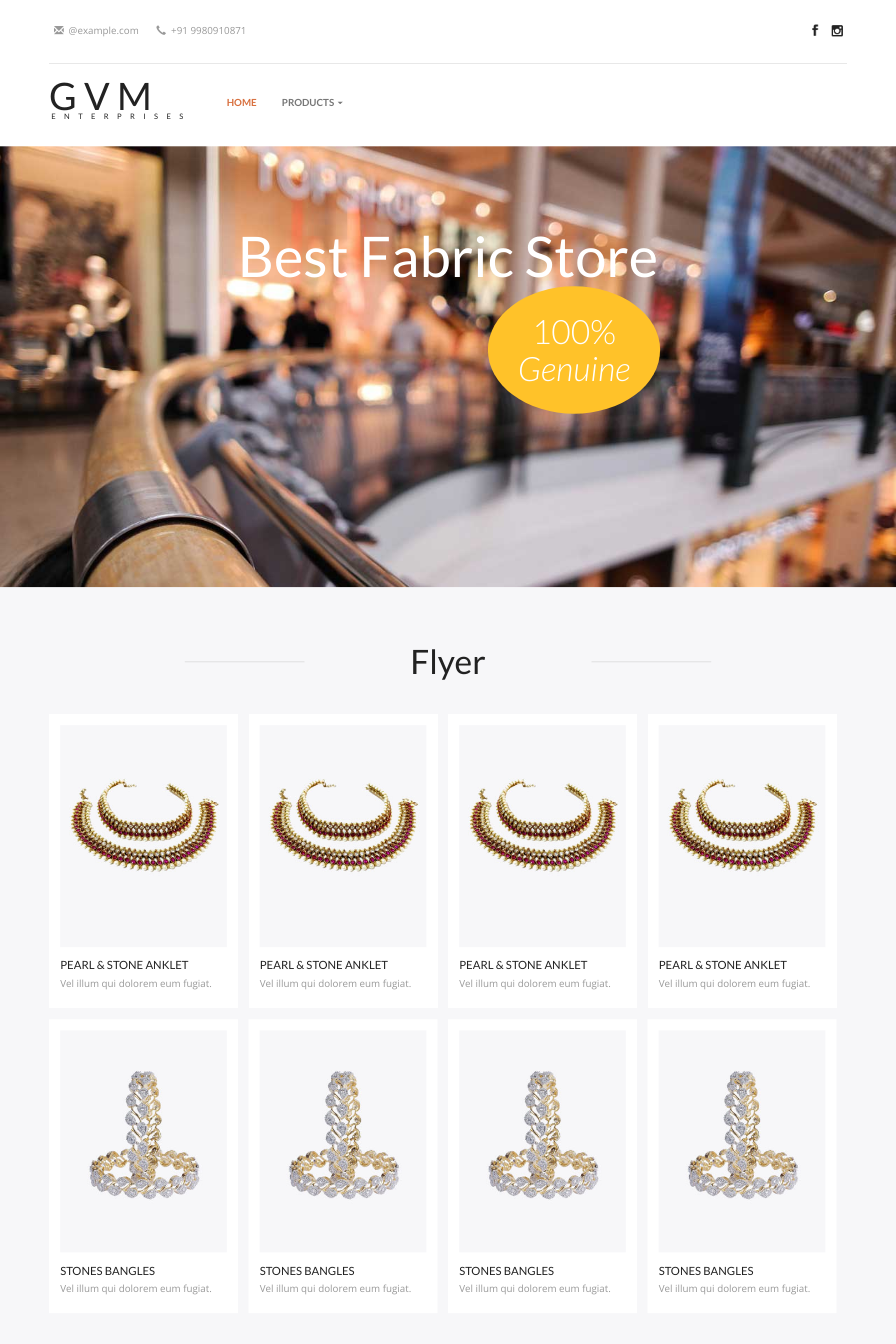
Repository: vinodmealla/flyerworkspace
Page: com.gvm.websample1/src/main/webapp/WEB-INF/index.html
The author's editor kept a copy of each file at every save. The page is drawn from the files as they stood at one save, then again after the next save.
The browser window is 1280 px wide. The pictures show the part of the page from y = 0 to 1920 px (the page is 2579 px tall), at 70% of full size.

Above is the page before, as saved 2017-10-03 09:57:26.
Console error: SyntaxError: Unexpected token '('

After the next save:
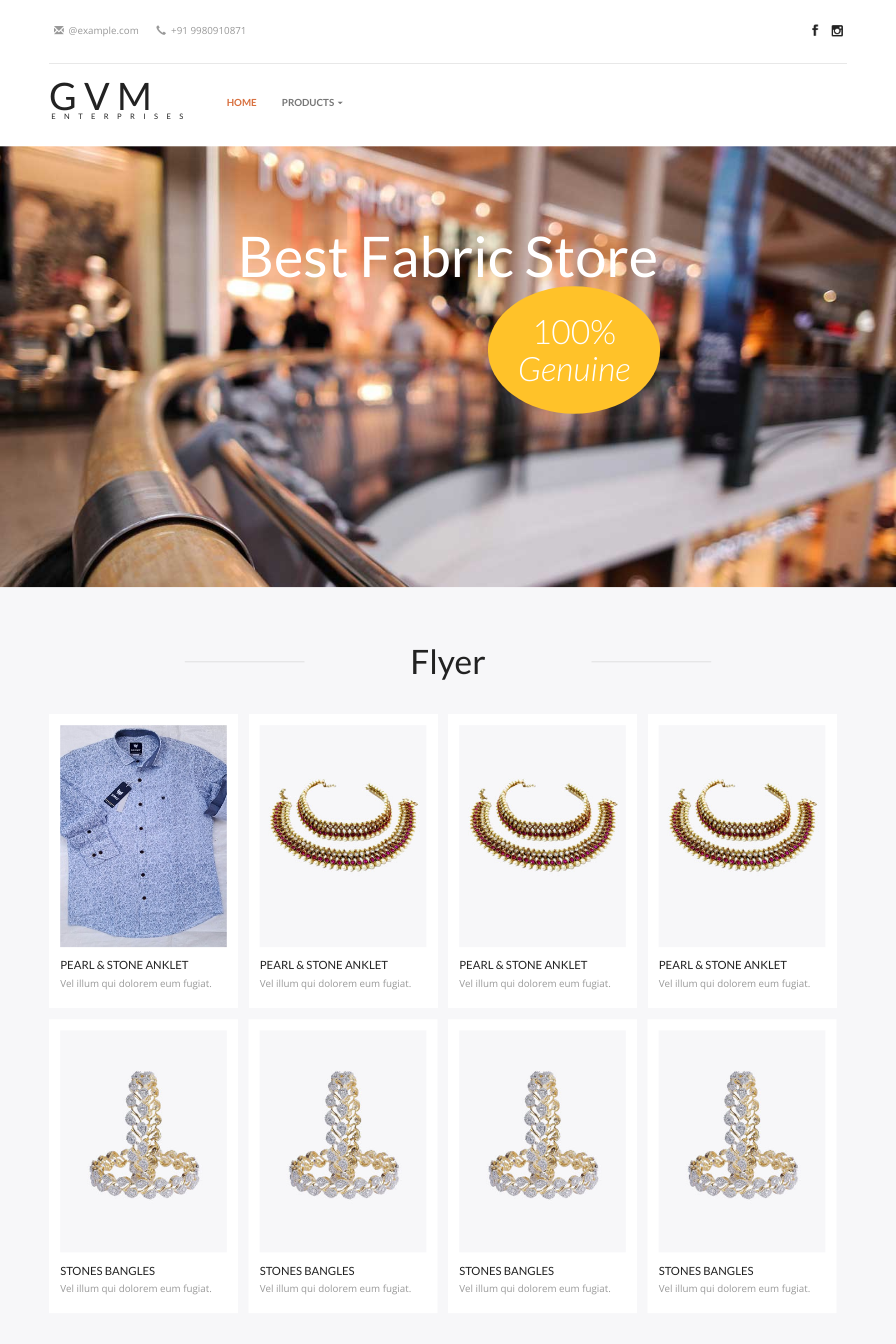
Saved 11 min 38 s later.
--- a/com.gvm.websample1/src/main/webapp/WEB-INF/index.html
+++ b/com.gvm.websample1/src/main/webapp/WEB-INF/index.html
@@ -245,7 +245,7 @@
 		<div class="col-md-3 new-collections-grid">
 					<div class="new-collections-grid1 animated wow slideInUp" data-wow-delay=".5s">
 						<div class="new-collections-grid1-image">
-							<a href="single.html" class="product-image"><img src="images/10.jpg" alt=" " class="img-responsive" /></a>
+							<a href="single.html" class="product-image"><img src="images/flyer1.jpg" alt=" " class="img-responsive" /></a>
 							<div class="new-collections-grid1-image-pos">
 								<a href="single.html">Quick View</a>
 							</div>
